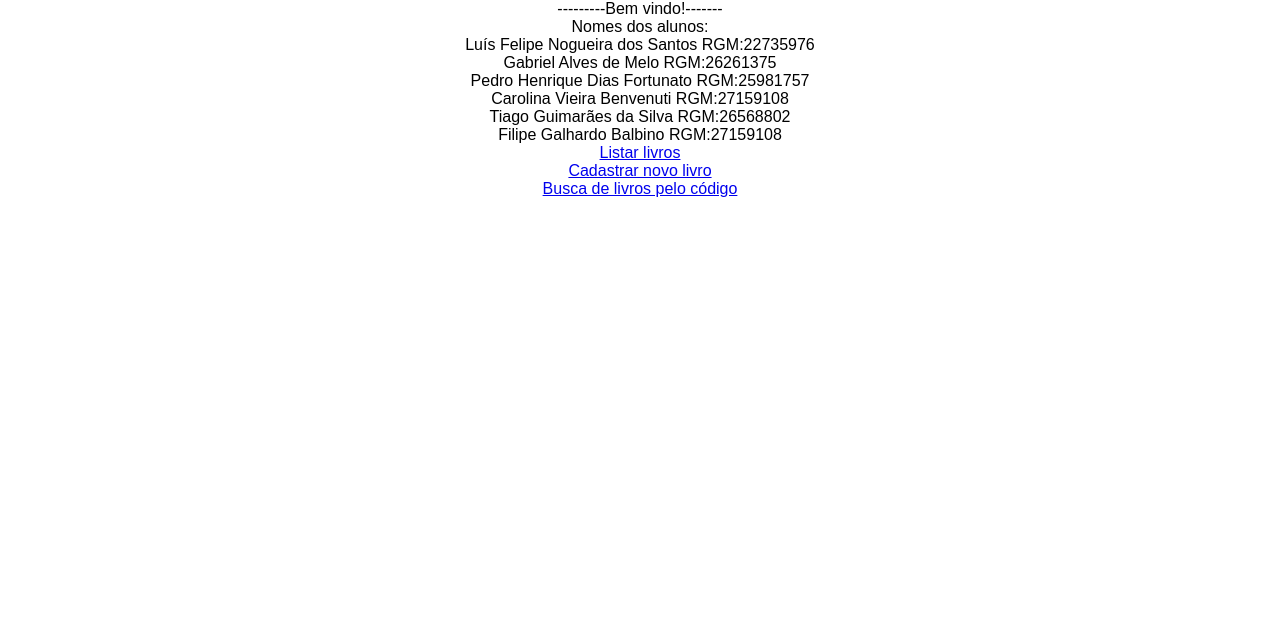
Repository: pedro202100/sistema-de-livros
Page: ProjetoLivrariaClienteServidor/src/main/webapp/index.html
The author's editor kept a copy of each file at every save. The page is drawn from the files as they stood at one save, then again after the next save.
The browser window is 1280 px wide. The pictures show the whole page.

Above is the page before, as saved 2022-11-07 02:00:41.

### ProjetoLivrariaClienteServidor/src/main/webapp/index.html
<!DOCTYPE html>
<html>
<head>
<meta charset="UTF-8">
<title>Projeto Cliente Servidor</title>
<link rel="stylesheet" href="./index.css">
</head>
<body>
   ---------Bem vindo!-------<br/>
    Nomes dos alunos:<br/>
    Luís Felipe Nogueira dos Santos RGM:22735976<br/>
    Gabriel Alves de Melo RGM:26261375<br/>
    Pedro Henrique Dias Fortunato RGM:25981757<br/>
    Carolina Vieira Benvenuti RGM:27159108<br/>
    Tiago Guimarães da Silva RGM:26568802<br/>
    Filipe Galhardo Balbino RGM:27159108<br/>
    <a href="listaLivrosPorCategoria.html">
    Listar livros </a><br>

    <a href="cadastar_editar_livros.html">
    Cadastrar novo livro</a><br>

    <a href="busca_de_livros.html">
   Busca de livros pelo código</a>


</body>
</html>

### ProjetoLivrariaClienteServidor/src/main/webapp/index.css
@charset "UTF-8";

* {
  margin: 0;
  padding: 0;
  border: box-sizing;
  font-family: sans-serif;
  text-align: center;
}

header {
  font-size: 25px;
}

.divisor {
  border: 5px solid;
  border-top: none;
  border-left: none;
  border-right: none;
  margin-top: 30px;
  margin-bottom: 20px;
}

article {
  margin: 10px 0 0 10px;
}
p {
  margin-top: 5px;
}

.RGM {
  font-weight: bold;
}

.links {
  display: flex;
  flex-direction: column;
  justify-content: space-between;
  margin-top: 50px;
}

.links a {
  margin-bottom: 30px;
  text-decoration: none;
  outline: none;
  color: #f55145;
}

After the next save:
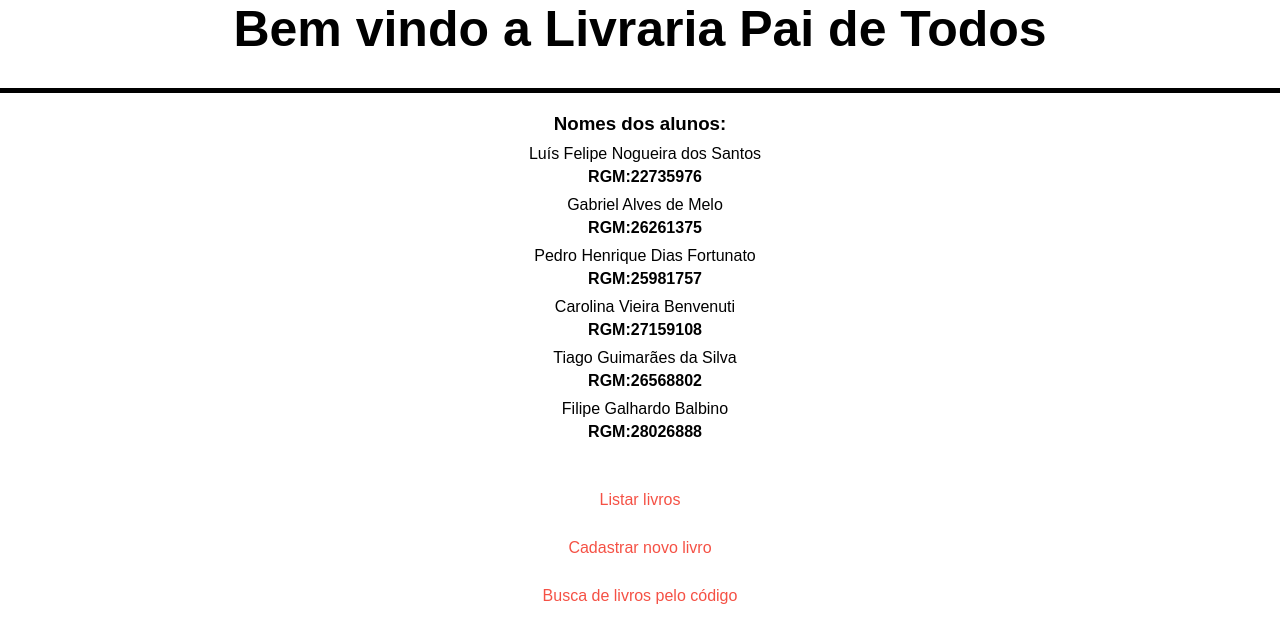
Saved 9 s later.
--- a/ProjetoLivrariaClienteServidor/src/main/webapp/index.html
+++ b/ProjetoLivrariaClienteServidor/src/main/webapp/index.html
@@ -1,28 +1,51 @@
 <!DOCTYPE html>
 <html>
-<head>
-<meta charset="UTF-8">
-<title>Projeto Cliente Servidor</title>
-<link rel="stylesheet" href="./index.css">
-</head>
-<body>
-   ---------Bem vindo!-------<br/>
-    Nomes dos alunos:<br/>
-    Luís Felipe Nogueira dos Santos RGM:22735976<br/>
-    Gabriel Alves de Melo RGM:26261375<br/>
-    Pedro Henrique Dias Fortunato RGM:25981757<br/>
-    Carolina Vieira Benvenuti RGM:27159108<br/>
-    Tiago Guimarães da Silva RGM:26568802<br/>
-    Filipe Galhardo Balbino RGM:27159108<br/>
-    <a href="listaLivrosPorCategoria.html">
-    Listar livros </a><br>
+  <head>
+    <meta charset="UTF-8" />
+    <title>Projeto Cliente Servidor</title>
+    <link rel="stylesheet" href="./index.css" />
+  </head>
+  <body>
+    <header>
+      <h1>Bem vindo a Livraria Pai de Todos</h1>
+      <div class="divisor"></div>
+    </header>
+    <main>
+      <section>
+        <h3>Nomes dos alunos:</h3>
+      </section>
+      <article>
+        <p>Luís Felipe Nogueira dos Santos</p>
+        <p class="RGM">RGM:22735976</p>
+      </article>
+      <article>
+        <p>Gabriel Alves de Melo</p>
+        <p class="RGM">RGM:26261375</p>
+      </article>
+      <article>
+        <p>Pedro Henrique Dias Fortunato</p>
+        <p class="RGM">RGM:25981757</p>
+      </article>
+      <article>
+        <p>Carolina Vieira Benvenuti</p>
+        <p class="RGM">RGM:27159108</p>
+      </article>
+      <article>
+        <p>Tiago Guimarães da Silva</p>
+        <p class="RGM">RGM:26568802</p>
+      </article>
+      <article>
+        <p>Filipe Galhardo Balbino</p>
+        <p class="RGM">RGM:28026888</p>
+      </article>
 
-    <a href="cadastar_editar_livros.html">
-    Cadastrar novo livro</a><br>
+      <section class="links">
+        <a href="listaLivrosPorCategoria.html"> Listar livros </a>
 
-    <a href="busca_de_livros.html">
-   Busca de livros pelo código</a>
+        <a href="cadastar_editar_livros.html"> Cadastrar novo livro</a>
 
-
-</body>
+        <a href="busca_de_livros.html"> Busca de livros pelo código</a>
+      </section>
+    </main>
+  </body>
 </html>
